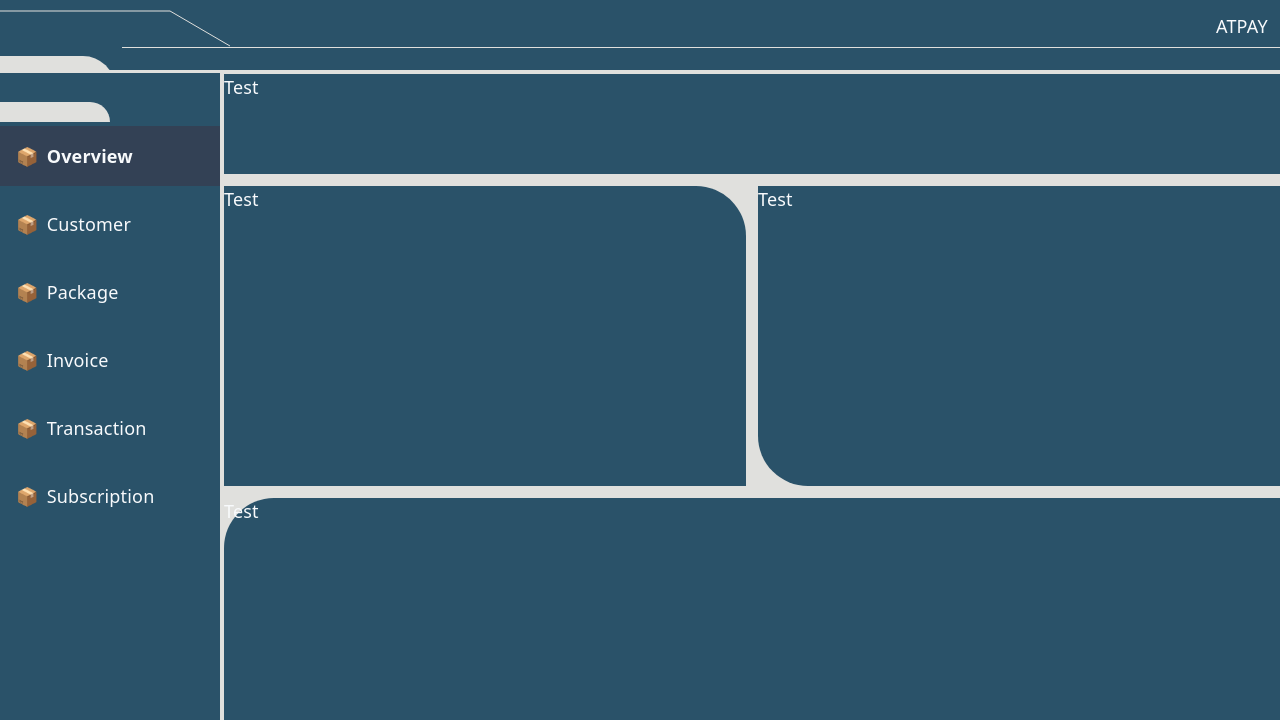
Repository: Farazdaq/stripe-payment-integration
Page: /dashboard (app in stripe-integration-react-dashboard/)
An editor plug-in stored every save of this project. The page is shown before and after the next save, followed by the edit.
The browser window is 1280 px wide. The pictures show the whole page.
An inner scrolling area shows only its first screen. The project was rebuilt for these pictures with package versions that can differ from the ones it lists, and the page was loaded fresh each time. Also part of the build but not shown: stripe-integration-react-dashboard/vite.config.ts, stripe-integration-react-dashboard/src/App.css, stripe-integration-react-dashboard/src/features/dashboard/pages/Customer.tsx, stripe-integration-react-dashboard/src/features/dashboard/pages/Package.tsx, stripe-integration-react-dashboard/src/features/dashboard/pages/Invoice.tsx, stripe-integration-react-dashboard/src/features/dashboard/pages/Transaction.tsx, stripe-integration-react-dashboard/src/features/dashboard/pages/Subscription.tsx.

Above is the page before, as saved 2026-05-12 16:48:39.

### stripe-integration-react-dashboard/index.html
<!doctype html>
<html lang="en">
  <head>
    <meta charset="UTF-8" />
    <link rel="icon" type="image/svg+xml" href="/favicon.svg" />
    <meta name="viewport" content="width=device-width, initial-scale=1.0" />
    <title>web-app</title>
  </head>
  <body>
    <div id="root"></div>
    <script type="module" src="/src/main.tsx"></script>
  </body>
</html>

### stripe-integration-react-dashboard/src/index.css
@tailwind base;
@tailwind components;
@tailwind utilities;

/* =========================
   THEME VARIABLES
========================= */
:root {
  --text: #6b6375;
  --text-h: #08060d;
  --bg: #ffffff;
  --border: #e5e4e7;
  --code-bg: #f4f3ec;

  --accent: #aa3bff;
  --accent-bg: rgba(170, 59, 255, 0.1);
  --accent-border: rgba(170, 59, 255, 0.5);

  --social-bg: rgba(244, 243, 236, 0.5);

  --shadow:
    rgba(0, 0, 0, 0.1) 0 10px 15px -3px, rgba(0, 0, 0, 0.05) 0 4px 6px -2px;

  --sans: system-ui, "Segoe UI", Roboto, sans-serif;
  --heading: system-ui, "Segoe UI", Roboto, sans-serif;
  --mono: ui-monospace, Consolas, monospace;
}

/* =========================
   DARK MODE (system-based)
   ⚠️ later you can replace with .dark class
========================= */
@media (prefers-color-scheme: dark) {
  :root {
    --text: #9ca3af;
    --text-h: #f3f4f6;
    --bg: #16171d;
    --border: #2e303a;
    --code-bg: #1f2028;

    --accent: #c084fc;
    --accent-bg: rgba(192, 132, 252, 0.15);
    --accent-border: rgba(192, 132, 252, 0.5);

    --social-bg: rgba(47, 48, 58, 0.5);

    --shadow:
      rgba(0, 0, 0, 0.4) 0 10px 15px -3px, rgba(0, 0, 0, 0.25) 0 4px 6px -2px;
  }
}

/* =========================
   ROOT FIX (IMPORTANT)
   THIS FIXES YOUR LAYOUT ISSUE
========================= */
#root {
  width: 100%;
  min-height: 100vh;
  margin: 0;
  display: flex;
  flex-direction: column;
  box-sizing: border-box;
}

/* =========================
   GLOBAL RESET
========================= */
body {
  margin: 0;
  background: var(--bg);
  color: var(--text);
  font: 18px/145% var(--sans);
  letter-spacing: 0.18px;
  -webkit-font-smoothing: antialiased;
  -moz-osx-font-smoothing: grayscale;
}

/* =========================
   TYPOGRAPHY
========================= */
h1,
h2 {
  font-family: var(--heading);
  font-weight: 500;
  color: var(--text-h);
}

h1 {
  font-size: 56px;
  letter-spacing: -1.68px;
  margin: 32px 0;
}

h2 {
  font-size: 24px;
  line-height: 118%;
  letter-spacing: -0.24px;
  margin: 0 0 8px;
}

p {
  margin: 0;
}

/* =========================
   CODE BLOCKS
========================= */
code,
.counter {
  font-family: var(--mono);
  display: inline-flex;
  border-radius: 4px;
  color: var(--text-h);
}

code {
  font-size: 15px;
  line-height: 135%;
  padding: 4px 8px;
  background: var(--code-bg);
}

### stripe-integration-react-dashboard/src/App.tsx
import "./App.css";
import { RouterProvider } from "react-router-dom";
import { router } from "./routes";
import { ThemeProvider } from "./theme/ThemeProvider";
import "./i18n/i18n";

function App() {
  return (
    <ThemeProvider>
      <RouterProvider router={router} />
    </ThemeProvider>
  );
}

export default App;

### stripe-integration-react-dashboard/src/routes.tsx
import { createBrowserRouter } from "react-router-dom"; // Import the necessary components for routing
import DashboardLayout from "./features/dashboard/layout/DashboardLayout"; // Import the layout component for the dashboard, which will be used as a wrapper for the child routes.

// Define the router configuration using createBrowserRouter
// The router is structured as follows:
// - The root path ("/") uses the DashboardLayout component as its element.
// - The DashboardLayout component has child routes
// - The index route ("/") renders the DashboardPage component.

export const router = createBrowserRouter([
  // MAIN APP
  {
    path: "/",
    element: "App page",
  },

  // DASHBOARD
  {
    path: "/dashboard",
    element: <DashboardLayout />,
  },
]);

### stripe-integration-react-dashboard/src/theme/ThemeProvider.tsx
import { useState } from "react";
import type { ReactNode } from "react";
import { themes } from "./theme.config";
import { ThemeContext, type ThemeMode } from "./theme.context";

type Props = {
  children: ReactNode;
};

export function ThemeProvider({ children }: Props) {
  const [mode, setMode] = useState<ThemeMode>("dark");

  const theme = themes[mode];

  return (
    <ThemeContext.Provider value={{ mode, setMode, theme }}>
      <div
        style={{
          backgroundColor: theme.colors.bg,
          color: theme.colors.text,
          minHeight: "100vh",
          transition: "0.3s ease",
        }}
      >
        {children}
      </div>
    </ThemeContext.Provider>
  );
}

### stripe-integration-react-dashboard/src/i18n/i18n.ts
import i18n from "i18next";
import { initReactI18next } from "react-i18next";

import en from "./locales/en.json";
import ar from "./locales/ar.json";

i18n.use(initReactI18next).init({
  resources: {
    en: { translation: en },
    ar: { translation: ar },
  },

  lng: "en",
  fallbackLng: "en",

  interpolation: {
    escapeValue: false,
  },
});

export default i18n;

### stripe-integration-react-dashboard/src/features/dashboard/layout/DashboardLayout.tsx
import { useState } from "react";
import { useTheme } from "../../../theme/useTheme";

import {
  Navbar,
  Sidebar,
  Overview,
  Customer,
  Package,
  Invoice,
  Transaction,
  Subscription,
} from "./export.ts";

export default function DashboardLayout() {
  const { theme } = useTheme();
  const [activePage, setActivePage] = useState("overview");

  return (
    <div
      className="flex flex-col w-screen h-screen overflow-hidden"
      style={{
        backgroundColor: theme.colors.bg,
      }}
    >
      {/* TOP NAVBAR */}
      <div className="shrink-0">
        <Navbar />
      </div>

      {/* BODY */}
      <div className="flex flex-1 min-h-0 overflow-hidden">
        {/* SIDEBAR */}
        <div className="h-full shrink-0">
          <Sidebar active={activePage} setActive={setActivePage} />
        </div>

        {/* MAIN CONTENT */}
        <main className="flex-1 h-full overflow-y-auto overflow-x-hidden pt-1 pl-1">
          <div className="min-h-full">
            {activePage === "overview" && <Overview />}
            {activePage === "customer" && <Customer />}
            {activePage === "package" && <Package />}
            {activePage === "invoice" && <Invoice />}
            {activePage === "transaction" && <Transaction />}
            {activePage === "subscription" && <Subscription />}
          </div>
        </main>
      </div>
    </div>
  );
}

### stripe-integration-react-dashboard/src/theme/theme.config.ts
export const themes = {
  light: {
    colors: {
      bg: "#f9fafb",
      text: "#111827",
      containerCopBackgroundColor: "#2A5269",
      borderColor: "#111827",
      sidebar: "#ffffff",
      navbar: "#ffffff",
      border: "#e5e7eb",
    },
  },

  dark: {
    colors: {
      bg: "#E0E0DD",
      text: "#f8fafc",
      containerCopBackgroundColor: "#2A5269",
      borderColor: "#111827",
      sidebar: "#2A5269",
      navbar: "#2A5269",
      border: "#334155",
    },
  },
};

### stripe-integration-react-dashboard/src/theme/theme.context.ts
import { createContext } from "react";
import { themes } from "./theme.config";

export type ThemeMode = "light" | "dark";

// 👇 infer theme structure from your config
export type Theme = (typeof themes)["light"];

export type ThemeContextType = {
  mode: ThemeMode;
  setMode: (mode: ThemeMode) => void;
  theme: Theme;
};

export const ThemeContext = createContext<ThemeContextType | null>(null);

### stripe-integration-react-dashboard/src/i18n/locales/en.json
{
  "dashboard": {
    "title": "Dashboard"
  },
  "sidebar": {
    "users": "Users"
  }
}

### stripe-integration-react-dashboard/src/i18n/locales/ar.json
{
  "dashboard": {
    "title": "لوحة التحكم"
  },
  "sidebar": {
    "users": "المستخدمين"
  }
}

### stripe-integration-react-dashboard/src/theme/useTheme.ts
import { useContext } from "react";
import { ThemeContext } from "./theme.context";

export function useTheme() {
  const context = useContext(ThemeContext);

  if (!context) {
    throw new Error("useTheme must be used inside ThemeProvider");
  }

  return context;
}

### stripe-integration-react-dashboard/src/features/dashboard/layout/export.ts
export { default as Navbar } from "./Navbar";
export { default as Sidebar } from "./Sidebar/Sidebar";

export { default as Overview } from "../pages/Overview";
export { default as Customer } from "../pages/Customer";
export { default as Package } from "../pages/Package";
export { default as Invoice } from "../pages/Invoice";
export { default as Transaction } from "../pages/Transaction";
export { default as Subscription } from "../pages/Subscription";

### stripe-integration-react-dashboard/src/features/dashboard/layout/Navbar.tsx
import { useTheme } from "../../../theme/useTheme";
import ThemeSwitch from "../../../components/ThemeSwitch";
import LanguageDropdown from "../../../components/LanguageDropdown";
import LineShaper from "../../../components/LineShaper";
import LineDivider from "../../../components/LineDivider";

export default function Navbar() {
  const { theme } = useTheme();

  return (
    <div
      className="w-screen h-[40px] md:h-[50px] lg:h-[70px]"
      style={{
        paddingTop: "10px",
        background: theme.colors.navbar,
      }}
    >
      <div className="flex flex-col gap-1 md:gap-1">
        {/* FIX: Wrap angled divider in a fixed-height container */}
        <div>
          <div style={{ height: "3px", overflow: "visible" }}>
            <LineDivider
              color="#E0E0DD"
              thickness="1px"
              points={[
                { x: 0, y: 0 }, // start
                { x: 170, y: 0 }, // go straight 500px
                { d: 35 }, // go down 20px
              ]} // go to end of screen
            />

            <div className="ml-[9.5%] mb-1">
              <LineDivider color="#E0E0DD" thickness="1px" />
            </div>
          </div>{" "}
          <div className="ml-[95%] mb-[1%]">
            <p>ATPAY</p>
          </div>
        </div>

        <LineShaper
          color="#E0E0DD"
          thickness={32}
          length={"9%"}
          radiusRightTop={50}
        />

        <LineDivider color="#E0E0DD" thickness="0.9px" />
        <LineDivider color="#E0E0DD" thickness="0.9px" />
      </div>
    </div>
  );
}

### stripe-integration-react-dashboard/src/features/dashboard/layout/Sidebar/Sidebar.tsx
import LineShaper from "../../../../components/LineShaper";
import { useTheme } from "../../../../theme/useTheme";
import { sidebarItems } from "./sidebar.config";

type SidebarItem = {
  key: string;
  label: string;
};

type SidebarProps = {
  active: string;
  setActive: (key: string) => void;
};

export default function Sidebar({ active, setActive }: SidebarProps) {
  const { theme } = useTheme();

  return (
    <div
      className="w-[80px] md:w-[220px] min-h-screen pt-[4vh] mt-[0.4vh] py-2.5 transition-all duration-300 shrink-0"
      style={{ background: theme.colors.sidebar }}
    >
      <LineShaper
        color="#E0E0DD"
        thickness={20}
        length={"50%"}
        marginBottom={4}
        radiusRightTop={50}
      />
      {sidebarItems.map((item: SidebarItem) => {
        const isActive = active === item.key;

        return (
          <div key={item.key} className="flex">
            <button
              onClick={() => setActive(item.key)}
              className="w-full mb-2 cursor-pointer flex items-center justify-center md:justify-start gap-0 md:gap-2 p-3 md:p-4 transition-all duration-200"
              style={{
                background: isActive ? theme.colors.border : "transparent",
                color: theme.colors.text,
                fontWeight: isActive ? "600" : "400",
              }}
            >
              {/* Icon */}
              <span className="text-2xl md:text-lg flex items-center justify-center w-full md:w-auto">
                📦
              </span>

              {/* Label */}
              <div className="hidden md:inline text-base lg:text-lg">
                {item.label}
              </div>
            </button>
          </div>
        );
      })}
    </div>
  );
}

### stripe-integration-react-dashboard/src/features/dashboard/pages/Overview.tsx
import { useTranslation } from "react-i18next";
import ContainerComp from "../../../components/ContainerComp";
import LineChartComp from "../../../components/LineChartComp";

function MockComponent() {
  return <div>Test</div>;
}
export default function Overview() {
  const { t } = useTranslation();

  return (
    <div className="flex flex-col gap-3 md:gap-3 pt-[0.3px] md:pt-[0.3px]">
      {/* Top containers */}
      <ContainerComp height={100} componentDisplay={<MockComponent />} />

      {/* Bottom horizontal containers */}
      <div className="flex flex-col md:flex-row gap-3 md:gap-3">
        <div className="flex-1">
          <ContainerComp
            radiusRightTop={50}
            height={300}
            componentDisplay={<MockComponent />}
          />
        </div>

        <div className="flex-1">
          <ContainerComp
            radiusLeftBottom={50}
            height={300}
            componentDisplay={<MockComponent />}
          />
        </div>
      </div>
      <ContainerComp
        radiusLeftTop={50}
        height={456}
        componentDisplay={<MockComponent />}
      />
    </div>
  );
}

### stripe-integration-react-dashboard/src/components/LineShaper.tsx
type LineShaperProps = {
  color?: string;
  radiusLeftTop?: number;
  radiusLeftBottom?: number;
  radiusRightTop?: number;
  radiusRightBottom?: number;
  thickness?: number;
  length?: number | string;

  // NEW OPTIONAL MARGINS
  marginTop?: number | string;
  marginBottom?: number | string;
  marginLeft?: number | string;
  marginRight?: number | string;
};

export default function LineShaper({
  color = "#000",
  radiusLeftTop = 0,
  radiusLeftBottom = 0,
  radiusRightTop = 0,
  radiusRightBottom = 0,
  thickness = 2,
  length = "100%",

  marginTop,
  marginBottom,
  marginLeft,
  marginRight,
}: LineShaperProps) {
  return (
    <div
      style={{
        backgroundColor: color,
        height: thickness,
        width: length,

        borderTopLeftRadius: radiusLeftTop,
        borderBottomLeftRadius: radiusLeftBottom,
        borderTopRightRadius: radiusRightTop,
        borderBottomRightRadius: radiusRightBottom,

        // Only apply margins if passed
        ...(marginTop !== undefined && { marginTop }),
        ...(marginBottom !== undefined && { marginBottom }),
        ...(marginLeft !== undefined && { marginLeft }),
        ...(marginRight !== undefined && { marginRight }),
      }}
    />
  );
}

### stripe-integration-react-dashboard/src/components/LineDivider.tsx
type Point = {
  x?: number | string; // allow "100%"
  y?: number;
  d?: number; // relative vertical movement
};

type LineDividerProps = {
  color?: string;
  thickness?: string;
  width?: string;
  margin?: string;
  style?: React.CSSProperties;
  points?: Point[];
};

export default function LineDivider({
  color = "red",
  thickness = "2px",
  width = "100%",
  margin = "0",
  style = {},
  points,
}: LineDividerProps) {
  // If no points → simple divider
  if (!points || points.length === 0) {
    return (
      <div
        style={{
          height: thickness,
          width,
          backgroundColor: color,
          margin,
          ...style,
        }}
      />
    );
  }

  // Convert relative points (d) into absolute x,y
  const computedPoints: { x: number | string; y: number }[] = [];

  points.forEach((p, i) => {
    if (i === 0) {
      computedPoints.push({
        x: p.x ?? 0,
        y: p.y ?? 0,
      });
    } else {
      const prev = computedPoints[i - 1];

      computedPoints.push({
        x: p.x ?? (typeof prev.x === "number" ? prev.x + 60 : prev.x),
        y: p.d !== undefined ? prev.y + p.d : (p.y ?? prev.y),
      });
    }
  });

  // ⭐ AUTO‑EXTEND LAST POINT TO 100% WIDTH
  const last = computedPoints[computedPoints.length - 1];
  computedPoints.push({
    x: "100%",
    y: last.y,
  });

  // Calculate bounds
  const ys = computedPoints.map((p) => p.y);
  const minY = Math.min(...ys);
  const maxY = Math.max(...ys);

  const lineThickness = parseFloat(thickness) || 2;
  const svgHeight = maxY - minY + lineThickness * 2;

  // Build SVG path
  const path = computedPoints
    .map((p, i) => {
      const x = p.x;
      const y = p.y - minY + lineThickness;
      return `${i === 0 ? "M" : "L"} ${x} ${y}`;
    })
    .join(" ");

  return (
    <svg
      width="100%"
      height={svgHeight}
      preserveAspectRatio="none"
      style={{ display: "block", margin, ...style }}
    >
      <path d={path} stroke={color} strokeWidth={lineThickness} fill="none" />
    </svg>
  );
}

### stripe-integration-react-dashboard/src/features/dashboard/layout/Sidebar/sidebar.config.ts
export const sidebarItems = [
  {
    key: "overview",
    label: "Overview",
  },

  {
    key: "customer",
    label: "Customer",
  },
  {
    key: "package",
    label: "Package",
  },
  {
    key: "invoice",
    label: "Invoice",
  },
  {
    key: "transaction",
    label: "Transaction",
  },
  {
    key: "subscription",
    label: "Subscription",
  },
];

### stripe-integration-react-dashboard/src/components/ContainerComp.tsx
import { useTheme } from "../theme/useTheme";

type ContainerCompProps = {
  width?: number;
  height?: number;
  radiusAll?: number;
  radiusLeftTop?: number;
  radiusLeftBottom?: number;
  radiusRightTop?: number;
  radiusRightBottom?: number;
  background?: string;
  borderColor?: string;
  border?: boolean;
  stroke?: number;
  componentDisplay: React.ReactNode;
};

export default function ContainerComp({
  width,
  height,
  radiusAll,
  radiusLeftTop,
  radiusLeftBottom,
  radiusRightTop,
  radiusRightBottom,
  background,
  borderColor,
  border,
  stroke,
  componentDisplay: ComponentDisplay,
}: ContainerCompProps) {
  const { theme } = useTheme();
  const style: React.CSSProperties = {
    width,
    height,
    background: background
      ? background
      : theme.colors.containerCopBackgroundColor,
    border: border
      ? `${stroke ?? 1}px solid ${borderColor ? borderColor : theme.colors.borderColor}`
      : undefined,
    borderTopLeftRadius: radiusLeftTop ?? radiusAll,
    borderBottomLeftRadius: radiusLeftBottom ?? radiusAll,
    borderTopRightRadius: radiusRightTop ?? radiusAll,
    borderBottomRightRadius: radiusRightBottom ?? radiusAll,
  };

  return (
    <div data-testid="container1" style={style}>
      {ComponentDisplay}
    </div>
  );
}

Loaded but not shown: stripe-integration-react-dashboard/src/main.tsx (common file); stripe-integration-react-dashboard/tailwind.config.js (common file)

After the next save:
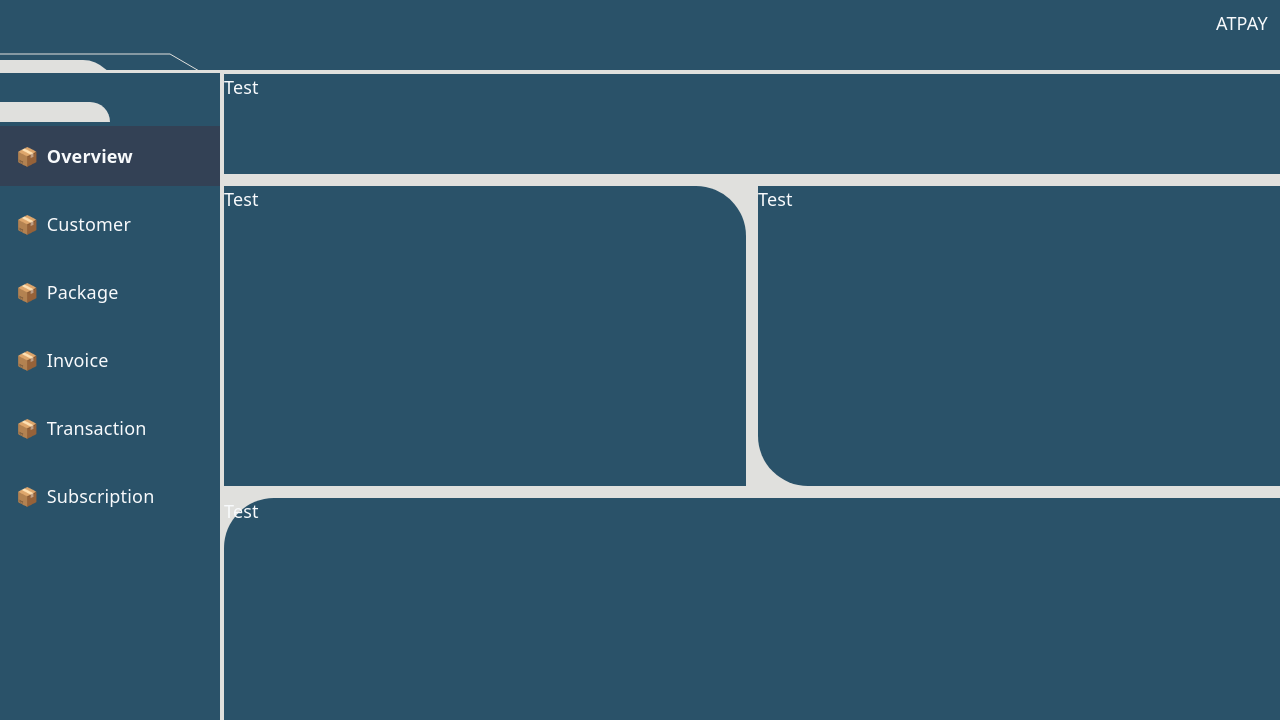
Saved 12 s later.
--- a/stripe-integration-react-dashboard/src/features/dashboard/layout/Navbar.tsx
+++ b/stripe-integration-react-dashboard/src/features/dashboard/layout/Navbar.tsx
@@ -18,23 +18,24 @@ export default function Navbar() {
       <div className="flex flex-col gap-1 md:gap-1">
         {/* FIX: Wrap angled divider in a fixed-height container */}
         <div>
-          <div style={{ height: "3px", overflow: "visible" }}>
-            <LineDivider
-              color="#E0E0DD"
-              thickness="1px"
-              points={[
-                { x: 0, y: 0 }, // start
-                { x: 170, y: 0 }, // go straight 500px
-                { d: 35 }, // go down 20px
-              ]} // go to end of screen
-            />
-
-            <div className="ml-[9.5%] mb-1">
-              <LineDivider color="#E0E0DD" thickness="1px" />
-            </div>
-          </div>{" "}
+          {" "}
           <div className="ml-[95%] mb-[1%]">
             <p>ATPAY</p>
+          </div>
+        </div>
+        <div style={{ height: "3px", overflow: "visible" }}>
+          <LineDivider
+            color="#E0E0DD"
+            thickness="1px"
+            points={[
+              { x: 0, y: 0 }, // start
+              { x: 170, y: 0 }, // go straight 500px
+              { d: 35 }, // go down 20px
+            ]} // go to end of screen
+          />
+
+          <div className="ml-[9.5%] mb-1">
+            <LineDivider color="#E0E0DD" thickness="1px" />
           </div>
         </div>
 
